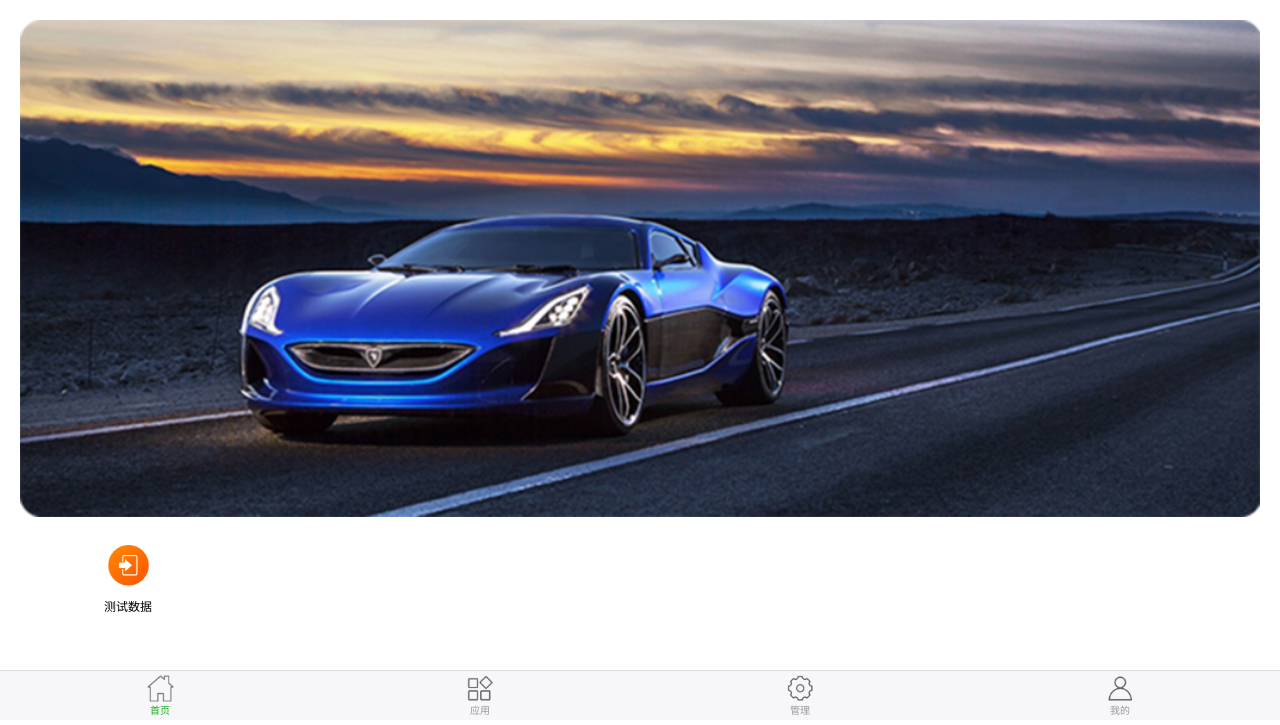
Repository: family-car/car
Page: index.html
An editor plug-in stored every save of this project. The page is shown before and after the next save, followed by the edit.
The browser window is 1280 px wide. The pictures show the whole page.

Above is the page before, as saved 2020-05-11 18:51:12.

### index.html
<!-- HTML5文件 -->
<!DOCTYPE html>
<html>
<head>
	<meta charset="utf-8" />
	<meta name="viewport" content="width=device-width,minimum-scale=1.0,maximum-scale=1.0,user-scalable=no"/>
	<meta content="telephone=no,email=no" name="format-detection">
	<meta name="wap-font-scale" content="no">
	<title>商城</title>
	<!-- ui框架引入css -->
	<link href="lib/weui/weui.min.css" rel="stylesheet" type="text/css" />
	<link href="lib/weui/jquery-weui.min.css" rel="stylesheet" type="text/css" />
	<!-- 公用样式css -->
	<link href="src/css/base.css" rel="stylesheet" type="text/css" />
	<!-- 界面引入css -->
  <link href="src/css/app/index.css" rel="stylesheet" type="text/css" />
  <!-- jquery引入 -->
  <script type="text/javascript" src="lib/jquery/jquery-2.1.4.min.js"></script>
  <script type="text/javascript" src="lib/unit.js"></script>
</head>
<body>

<div class="main bot44">
  <header>

  </header>
  <div class="banner">
      <div class="bannerList"><img src="src/image/banner3x.png"/></div>
  </div>
  <!-- swiper -->
  <div class="swiper-container swpierList" data-space-between='10' data-pagination='.swiper-pagination' data-autoplay="1000">
    <div class="swiper-wrapper">
      <div class="swiper-slide"></div>
    </div>
  </div>
  <!-- subject -->
  <div class="subject">
     <div class="fl"></div>
     <div class="fl"></div>
  </div>
  <!-- footer -->
  <footer class="footer">
    <div class="weui-tabbar">
      <a href="javascript:;" class="weui-tabbar__item weui-bar__item--on">
        <div class="weui-tabbar__icon">
          <img src="src/image/index3x.png" alt="">
        </div>
        <p class="weui-tabbar__label">首页</p>
      </a>
      <a href="javascript:;" class="weui-tabbar__item">
        <div class="weui-tabbar__icon">
          <img src="src/image/apply3x.png" alt="">
        </div>
        <p class="weui-tabbar__label">应用</p>
      </a>
      <a href="javascript:;" class="weui-tabbar__item">
        <div class="weui-tabbar__icon">
          <img src="src/image/manage3x.png" alt="">
        </div>
        <p class="weui-tabbar__label">管理</p>
      </a>
      <a href="javascript:;" class="weui-tabbar__item">
        <div class="weui-tabbar__icon">
          <img src="src/image/mine3x.png" alt="">
        </div>
        <p class="weui-tabbar__label">我的</p>
      </a>
    </div>
  </footer>
</div>

<!-- jquery引入 -->
<script type="text/javascript" src="lib/jquery/swiper.js"></script>
<script type="text/javascript" src="src/js/entry/index.js"></script>
</body>
</html>

### src/css/base.css
*,
*:after,
*:before {
    -webkit-box-sizing: border-box;
    box-sizing: border-box;
}
[v-cloak] {
  display: none;
}
a,
blockquote,
body,
code,
dd,
div,
dl,
dt,
em,
fieldset,
form,
h1,
h2,
h3,
h4,
h5,
h6,
iframe,
img,
input,
label,
li,
object,
ol,
p,
q,
small,
span,
strong,
table,
tbody,
td,
th,
tr,
ul {
    margin: 0;
    padding: 0;
    border: 0;
}
input{
	outline: none;
}
body,
html {
    width: 100%;
}

body {
    margin: 0 auto;
    line-height: 1;
    font-size: .28rem;
    font-family: 'STHeiti', 'Microsoft YaHei', Helvetica, Arial, sans-serif;
    -webkit-text-size-adjust: none;
    -webkit-tap-highlight-color: rgba(0, 0, 0, 0);
}

h1,
h2,
h3,
h4,
h5,
h6 {
    font-size: .28rem;
    font-weight: normal;
}

a,
a:active,
a:focus,
a:hover,
a:visited {
    text-decoration: none;
    color: #393939;
}

a,
img {
    -webkit-touch-callout: none;
}

li,
ol,
ul {
    list-style: none;
}

input[type="password"],
input[type="tel"],
input[type="text"],
select,
textarea {
    display: block;
    width: 100%;
    line-height: 1.2;
    font-size:.28rem;
    resize: none;
    outline: 0;
    vertical-align: middle;
    background-color: #fff;
    background-image: none;
    border: 0;
    white-space: pre-wrap;
    word-wrap: break-word;
    -webkit-appearance: none;
}

p {
    background-color: transparent;
    word-break: break-all;
}

em,
i {
    font-style: normal;
}
@font-face {
    font-family: 'iconfont';
    src: url("../font/icomoon.eot");
    src: url("../font/icomoon.eot?#iefix") format("embedded-opentype"), url("../font/icomoon.ttf") format("truetype"), url("../font/icomoon.svg#iconfont") format("svg");
}

html {
    background: #fff;
}

body {
    background: #fff;
    color: #000;
}

.fl {
    float: left;
}

.fr {
    float: right;
}

.cf:after {
    display: block;
    clear: both;
    content: "";
    visibility: hidden;
    height: 0;
}

.tr {
    text-align: right;
}

.tc {
    text-align: center;
}

.td-underline {
    text-decoration: underline;
}

.tm {
    vertical-align: middle;
}
.boxSizing{
    box-sizing:border-box;
    -moz-box-sizing:border-box; /* Firefox */
    -webkit-box-sizing:border-box;
}

.flex {
    display: -webkit-box !important;
    display: -webkit-flex !important;
    display: -ms-flexbox !important;
    display: flex !important;
    -webkit-flex-wrap: wrap;
    -ms-flex-wrap: wrap;
    flex-wrap: wrap;
}

.flex .cell {
    -webkit-box-flex: 1;
    -webkit-flex: 1;
    -ms-flex: 1;
    flex: 1;
    width: 0;
    -webkit-flex-basis: 0;
    -ms-flex-preferred-size: 0;
    flex-basis: 0;
    max-width: 100%;
    display: block;
    padding: 0 !important;
    position: relative;
}
.flex .cell2{
    -webkit-box-flex: 2;
    -webkit-flex: 2;
    -ms-flex: 2;
    flex: 2;
}


.flex .cell.hide {
    display: none;
}

.flex .flex-130 {
    -webkit-box-flex: 150!important;
    -webkit-flex: 130!important;
    -ms-flex: 130!important;
    flex: 130!important;
}

.flex .flex-200 {
    -webkit-box-flex: 200!important;
    -webkit-flex: 200!important;
    -ms-flex: 200!important;
    flex: 200!important;
}

.flex-center {
    -webkit-box-pack: center;
    -webkit-justify-content: center;
    justify-content: center;
    -webkit-box-align: center;
    -webkit-align-items: center;
    align-content: center;
}
.flex-between {
    -webkit-box-pack: center;
    -webkit-justify-content: space-between;
    justify-content: space-between;
    -webkit-box-align: center;
    -webkit-align-items: center;
    align-content: center;
}

.img-responsive {
    display: inline-block;
    width: 100%;
}

.bg-white {
    background: #fff;
}

.bg-orange {
    background: #fa462d;
}

.bg-blue {
    background: #246EBE;
}
.bg-green{color:#0BA66D;}
.bg-light-green{color:#56dfb3;}
.bg-gray {
    background: #f3f4f6;
}

.bg-light-yellow {
    background: #fbf8ec;
}

.bg-disabled {
    background: #9d9d9d;
}

.color-blue {
    color: #246EBE;
}

.color-muted {
    color: #9d9d9d;
}

.color-orange {
    color: #fa462d;
}

.color-white {
    color: #fff;
}

.color-gray {
    color: #848689;
}
.color-green{color:#0BA66D;}
.color-light-green{color:#56dfb3;}
.color-red{color:#f23030;}
.color-block{color:#393939;}

.relative {
    position: relative;
}

.overflow {
    overflow: hidden;
}

.ellipsis {
    white-space: nowrap;
    overflow: hidden;
    text-overflow: ellipsis;
}

.clamp {
    display: -webkit-box;
    overflow: hidden;
    text-overflow: ellipsis;
    -webkit-line-clamp: 2;
    -webkit-box-orient: vertical;
}

.animate {
    -webkit-animation-play-state: paused;
}

.hide {
    display: none;
}

.footbar-default .coagent span:before,
.iconfont,
.panel-selector .list li .fr:after,
.select:before {
    font-family: "iconfont" !important;
    font-size: .28rem;
    font-style: normal;
    -webkit-font-smoothing: antialiased;
    -webkit-text-stroke-width: 2px;
    -moz-osx-font-smoothing: grayscale;
}
.btn {
    display: inline-block;
    padding: .18rem .2rem;
    vertical-align: middle;
    font-size: .26rem;
    font-weight: normal;
    line-height: 1;
    text-align: center;
    white-space: nowrap;
    background-image: none;
    border: 1px solid transparent;
    border-radius: .06rem;
    cursor: pointer;
    outline: 0;
    -webkit-appearance: none;
    -webkit-user-select: none;
    -moz-user-select: none;
    -ms-user-select: none;
    user-select: none;
}

.btn-default {
    color: #393939;
    background-color: #fff;
    border-color: #ccc;
}

.btn-primary {
    color: #fff;
    background-color: #0ba66d;
    border-color: #0ba66d;
}

.btn-primary-outline {
    color: #0ba66d;
    background-color: #fff;
    border-color: #0ba66d;
}

.btn-default-outline {
    color: #393939;
    background-color: #fff;
    border-color: #d7d7d7;
}

.btn-disabled {
    color: #fff;
    background-color: #9d9d9d;
    border-color: #9d9d9d;
}

.btn-block {
    display: block;
    width: 100%;
    padding-left: 0;
    padding-right: 0;
}

.btn-primary:active {
    color: #fff;
    background-color: #0ba66d;
    border-color: #0ba66d;
}

.btn-disabled:active {
    color: #fff;
    background-color: #9d9d9d;
    border-color: #9d9d9d;
}

.btn-default:active {
    color: #393939;
    background-color: #d7d7d7;
    border-color: #d7d7d7;
}

.btn-search {
    padding: .06rem .1rem;
    margin-left: .05rem;
    line-height: .4rem;
}

.pd8 {
    padding-right: .8rem;
    padding-left: .8rem;
}

.badge-outline {
    background: #fff;
    border: 1px solid #0ba66d;
    color: #0ba66d;
}

.no_info {
    color: #9d9d9d;
    line-height: 2.2rem;
    text-align: center;
}

.footbar {
    position: fixed;
    left: 0;
    right: 0;
    bottom: 0;
    z-index: 999999;
}
.footbar-default {
    height: 1.01rem;
    background-color: #fff;
    border-top: 1px solid #d7d7d7;
}
/*字体*/
.icon-detail:before {
    content: '\e93b';
}
.icon-floder:before {
    content: '\e91b';
}
.icon-home:before {
    content: '\e901';
}
.icon-order:before {
    content: '\e908';
}
.icon-mine:before {
    content: '\e905';
}
.icon-upload::before{
    content: '\e91c';
}
.icon-add::before{
    content: '\e91e';
}
.icon-detele::before{
    content: '\e920';
}
.icon-warn::before{
    content: '\e91a';
}
.icon-arrow::before{
    content:'\e916'
}
.icon-course::before{
    content:'\e908'
}

 #loading{
     position:fixed;
     top:0;left:0;
     width:100%;height:100%;
     background: rgba(0,0,0,.7);
     z-index:999;
}
 #loading .loader-01{
     position:absolute;top:50%;left:50%;
     width:60px;height:60px;
     margin-top:-30px;
     margin-left:-30px;
     color: #fff;
}

### src/css/app/index.css
body, html {
    height: 100%;
    overflow: hidden;
}
.banner{
    padding: 20px;
}
.bannerList{
    overflow: hidden;
    width: 100%;
    border-radius: 2px;
}
.bannerList img{
    width: 100%;
    height:100%;
}
.swpierList .iconList{
    float: left;
    width: 20%;
    text-align: center;
    margin: .4rem 0;
}

.iconList img{
    height: 41px;
    width: 41px;
}
.iconList p{
    font-size: 12px;
    font-weight: 100;
    line-height: 38px;
}
.swiper-container-horizontal>.swiper-pagination-bullets .swiper-pagination-bullet{
    width: .18rem;
    height: .08rem;
    border-radius: 0;
}
.swiper-pagination-bullet-active{
    background: #4BDAD3;
    width: .34rem !important;
}

### src/js/entry/index.js
/**  默认加载  **/
$(function () {
    var  process={
        iconList:[{name:"接车进店",image:"src/image/join3x.png"},
            {name:"维保开单",image:"src/image/repair.png"},
            {name:"快速洗车",image:"src/image/wash.png"},
            {name:"车辆检测",image:"src/image/check.png"},
            {name:"待施工",image:"src/image/construct3x.png"},
            {name:"待完工",image:"src/image/complete.png"},
            {name:"完工质检",image:"src/image/quality.png"},
            {name:"待结算",image:"src/image/account.png"},
            {name:"客户查询",image:"src/image/inquiry.png"},
            {name:"预约订单",image:"src/image/bill3x.png"},
            {name:"测试数据",image:"src/image/join3x.png"},
        ],
        init:function(){
            this.swiper();
        },
        pages () {
            const pages = []
            this.iconList.forEach((item, index) => {
              const page = Math.floor(index / 10)
              if (!pages[page]) {
                pages[page] = []
              }
              pages[page].push(item)
            })
            return pages
        },
        swiper:function () {
            /*加载轮播列表*/
            let swpier = []
            let temp = []
            $.each(this.pages(),function(n,item){
                temp.push(`<div class="swiper-slide">`);
                $.each(item,function(n,v){
                    temp.push(`<div class="iconList">`);
                    temp.push(`<img class="icon-img-content" src="${v.image}" alt="" />`);
                    temp.push(`<p class="icon-desc">${v.name}</p>`);
                    temp.push(`</div>`);
                })
                temp.push(`</div>`);
            })
            $(".swiper-wrapper").html(temp.join(''))
            /*  轮播效果加载   */
            var t=$(".swiper-wrapper .swiper-slide").length;
            if(t<2){
            }else {
                $(".swiper-container").swiper({
                    loop: true,
                    autoplayDisableOnInteraction: false,
                    paginationClickable: true,
                    autoplay: 3000,
                    pagination:{
                        el:'.swiper-pagination',
                        clickable:true,
                    }
                });
            }
        },
    };

    window.onload = function(){
        process.init();
    }


})

Loaded but not shown: lib/weui/weui.min.css (library); lib/weui/jquery-weui.min.css (library); lib/jquery/jquery-2.1.4.min.js (library); lib/unit.js (library); lib/jquery/swiper.js (library)

After the next save:
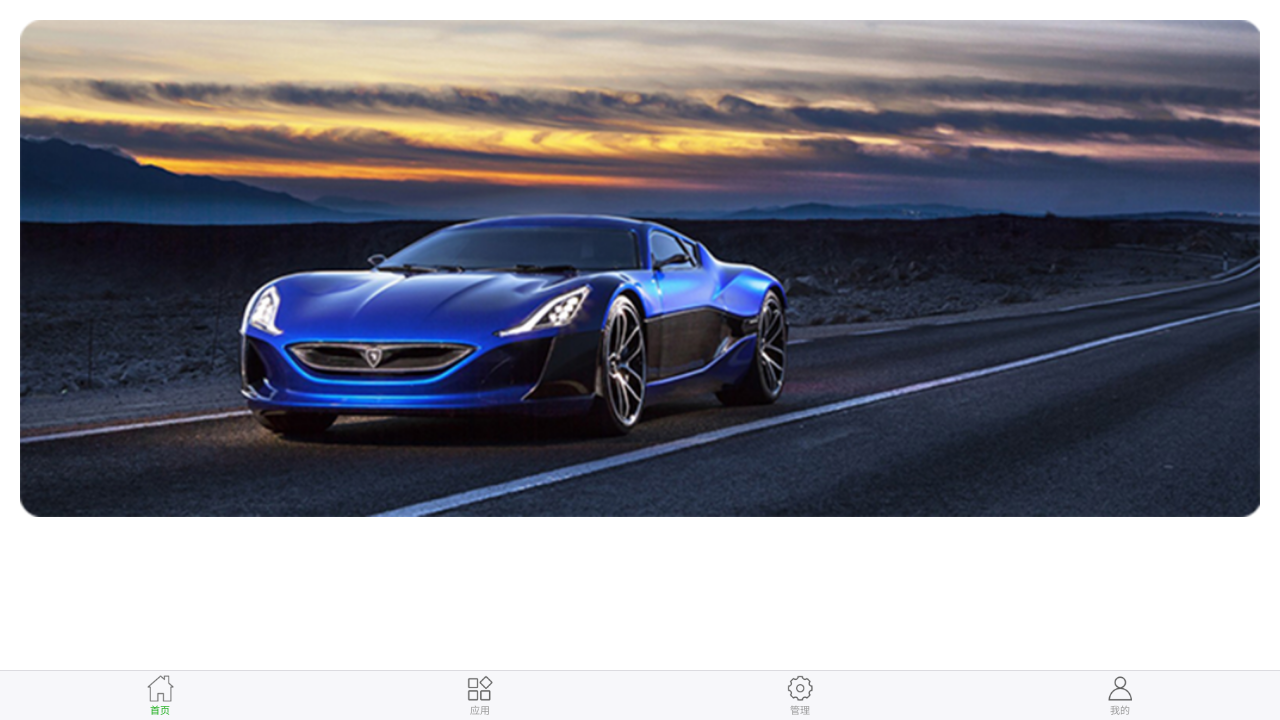
Saved 18 s later.
--- a/index.html
+++ b/index.html
@@ -28,7 +28,7 @@
       <div class="bannerList"><img src="src/image/banner3x.png"/></div>
   </div>
   <!-- swiper -->
-  <div class="swiper-container swpierList" data-space-between='10' data-pagination='.swiper-pagination' data-autoplay="1000">
+  <div class="swiper-container swpierList"
     <div class="swiper-wrapper">
       <div class="swiper-slide"></div>
     </div>

After the save that followed:
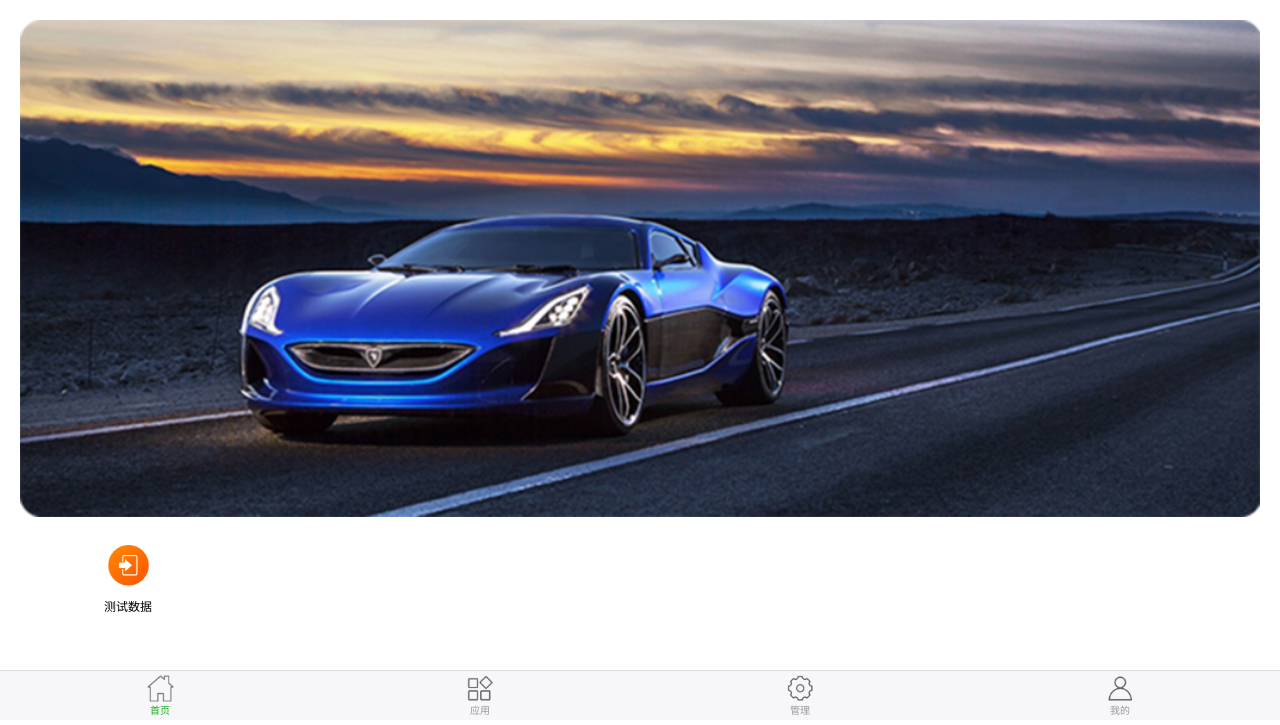
Saved 4 s later.
--- a/index.html
+++ b/index.html
@@ -28,7 +28,7 @@
       <div class="bannerList"><img src="src/image/banner3x.png"/></div>
   </div>
   <!-- swiper -->
-  <div class="swiper-container swpierList"
+  <div class="swiper-container swpierList">
     <div class="swiper-wrapper">
       <div class="swiper-slide"></div>
     </div>
